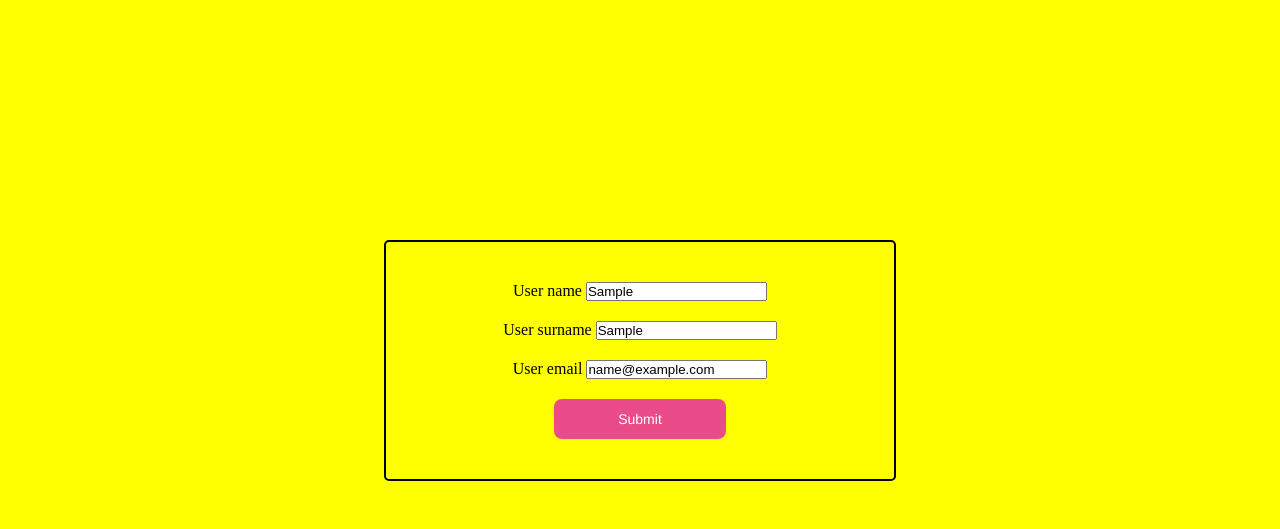
Repository: AytacSafarova/Figma--task
Page: index.html
These files come from the project's save history. The page is drawn as it stood at one moment and after the next save; the edit follows.
The browser window is 1280 px wide. The pictures show the whole page.
Empty fields were first filled with sample values (such as "Sample", 5 or name@example.com).
After loading, the first visible `form` was submitted once.

Above is the page before, as saved 2023-08-04 15:59:55.

After the next save:
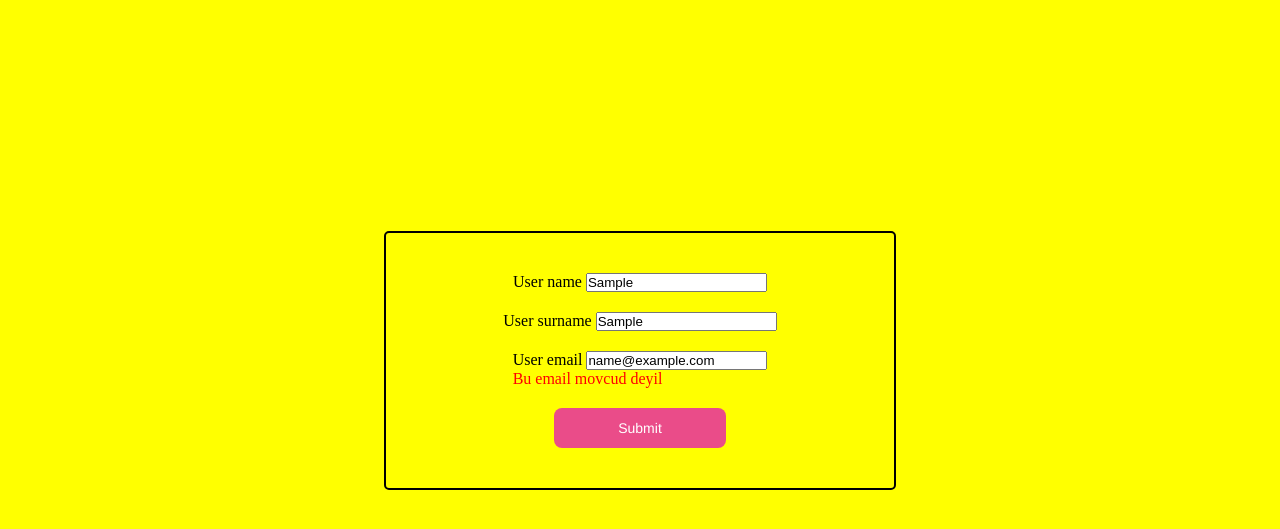
Saved 4 s later.
--- a/index.js
+++ b/index.js
@@ -12,6 +12,6 @@ if(userEmail.value=='poladazid@gmail.com'){
     form.reset()
 }
 else{
-    errorMsj.style.display
+    errorMsj.style.display='block'
 }
 }
